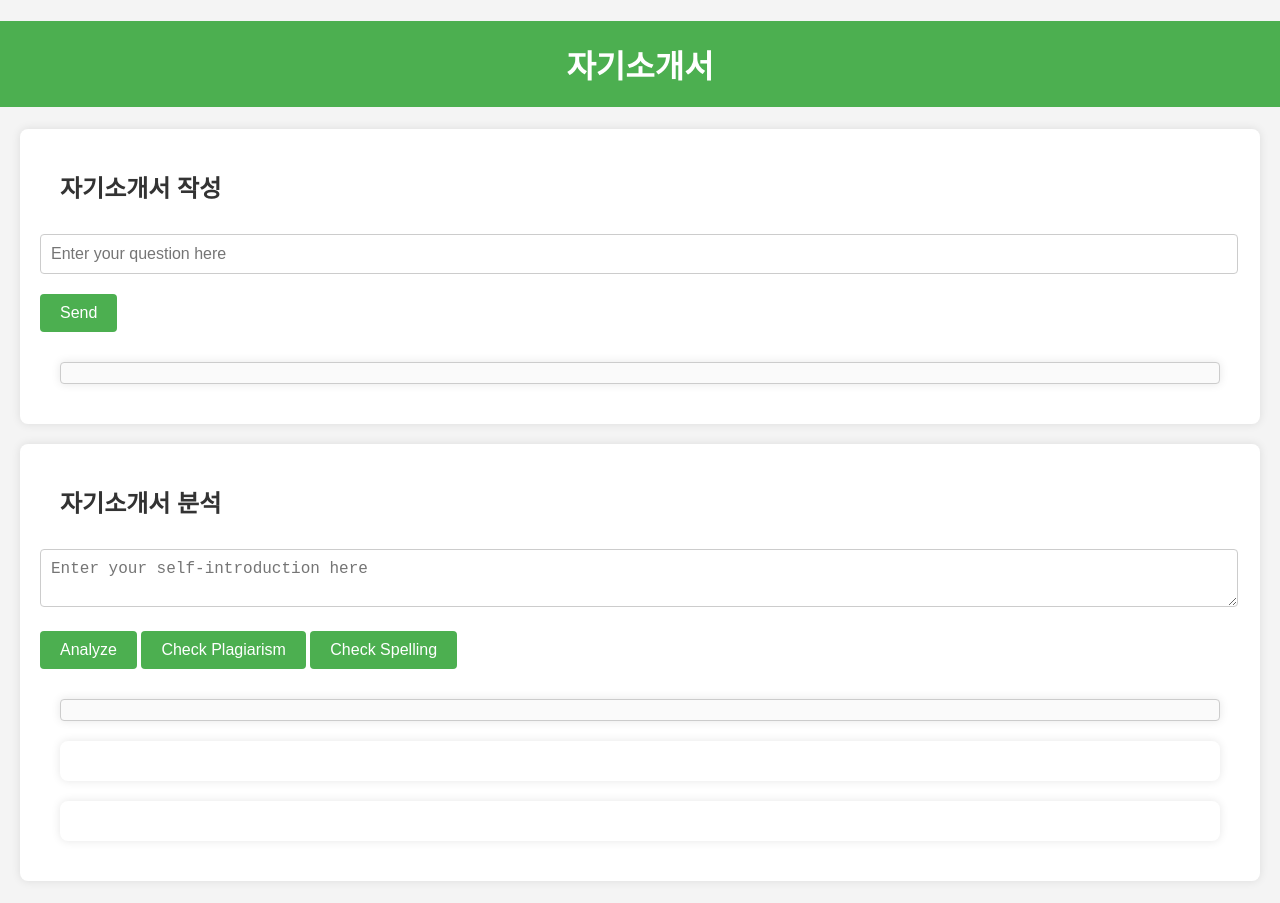
Repository: Choi9912/Flask_IntroduceGPT
Page: http://localhost/
The author's editor kept a copy of each file at every save. The page is drawn from the files as they stood at one save, then again after the next save.
The browser window is 1280 px wide. The pictures show the whole page.
The page is served by the project's application, run on Flask 3 (app.py).

Above is the page before, as saved 2024-07-27 10:34:24.

### templates/index.html
<!doctype html>
<html lang="en">
<head>
    <meta charset="UTF-8">
    <title>AI Q&A</title>
    <link rel="stylesheet" href="{{ url_for('static', filename='style.css') }}">
</head>
<body>
    <h1>자기소개서</h1>
    <div>
        <h2>자기소개서 작성</h2>
        <input type="text" id="question" placeholder="Enter your question here">
        <button id="sendBtn">Send</button>
        <div id="conversation"></div>
    </div>
    <div>
        <h2>자기소개서 분석</h2>
        <textarea id="introduction" placeholder="Enter your self-introduction here"></textarea>
        <button id="analyzeBtn">Analyze</button>
        <button id="plagiarismBtn">Check Plagiarism</button>
        <button id="spellCheckBtn">Check Spelling</button>
        <div id="analysis"></div>
        <div id="plagiarism"></div>
        <div id="spellCheck"></div>
    </div>
    <script src="{{ url_for('static', filename='script.js') }}"></script>
</body>
</html>

### app.py
from flask import Flask, request, jsonify, render_template
import requests
import logging

# Configure logging
logging.basicConfig(level=logging.DEBUG)

class SelfIntroductionAnalyzer:
    def __init__(self, api_url):
        self.api_url = api_url

    def analyze(self, introduction, method):
        if method == 'iterative_refinement':
            return self.iterative_refinement(introduction)
        elif method == 'step_by_step':
            return self.step_by_step(introduction)
        elif method == 'few_shot':
            return self.few_shot(introduction)
        elif method == 'constraint_setting':
            return self.constraint_setting(introduction)
        else:
            return 'Error: Invalid method'

    def iterative_refinement(self, introduction):
        messages = [
            {"role": "system", "content": "당신은 자기소개서를 분석하는 AI입니다."},
            {"role": "user", "content": f"다음 자기소개서를 분석해주세요: {introduction}"}
        ]
        try:
            response = requests.post(self.api_url, json=messages)
            response.raise_for_status()
            return response.json().get('choices')[0]['message']['content']
        except requests.RequestException as e:
            logging.error(f"Error in iterative_refinement: {e}")
            messages.append({"role": "user", "content": "Please clarify the previous answer."})
            try:
                response = requests.post(self.api_url, json=messages)
                response.raise_for_status()
                return response.json().get('choices')[0]['message']['content']
            except requests.RequestException as e:
                logging.error(f"Error in refinement retry: {e}")
                return 'Error: Unable to get a response from the API'

    def step_by_step(self, introduction):
        steps = [
            "Step 1: Analyze the introduction.",
            "Step 2: Identify key points and themes.",
            "Step 3: Evaluate the structure and coherence."
        ]
        messages = [
            {"role": "system", "content": "당신은 자기소개서를 분석하는 AI입니다."},
            {"role": "user", "content": f"다음 자기소개서를 분석해주세요: {introduction}"},
            {"role": "assistant", "content": " ".join(steps)}
        ]
        try:
            response = requests.post(self.api_url, json=messages)
            response.raise_for_status()
            return response.json().get('choices')[0]['message']['content']
        except requests.RequestException as e:
            logging.error(f"Error in step_by_step: {e}")
            return 'Error: Unable to get a response from the API'

    def few_shot(self, introduction):
        examples = [
            {"role": "user", "content": "자기소개서의 강점을 분석해주세요.", "role": "assistant", "content": "자기소개서의 강점은 명확한 목표 설정과 구체적인 경험 사례입니다."},
            {"role": "user", "content": "자기소개서에서 개선할 점을 알려주세요.", "role": "assistant", "content": "자기소개서의 개선할 점은 내용의 일관성과 논리적 흐름입니다."}
        ]
        messages = [
            {"role": "system", "content": "당신은 자기소개서를 분석하는 AI입니다."},
            *examples,
            {"role": "user", "content": f"다음 자기소개서를 분석해주세요: {introduction}"}
        ]
        try:
            response = requests.post(self.api_url, json=messages)
            response.raise_for_status()
            return response.json().get('choices')[0]['message']['content']
        except requests.RequestException as e:
            logging.error(f"Error in few_shot: {e}")
            return 'Error: Unable to get a response from the API'

    def constraint_setting(self, introduction):
        constraints = "최대한 자세하게 알려주세요."
        messages = [
            {"role": "system", "content": "당신은 자기소개서를 분석하는 AI입니다."},
            {"role": "user", "content": f"다음 자기소개서를 분석해주세요: {introduction}\n{constraints}"}
        ]
        try:
            response = requests.post(self.api_url, json=messages)
            response.raise_for_status()
            return response.json().get('choices')[0]['message']['content']
        except requests.RequestException as e:
            logging.error(f"Error in constraint_setting: {e}")
            return 'Error: Unable to get a response from the API'


class SelfIntroductionWriter:
    def __init__(self, api_url):
        self.api_url = api_url

    def write(self, prompt, method):
        if method == 'iterative_refinement':
            return self.iterative_refinement(prompt)
        elif method == 'step_by_step':
            return self.step_by_step(prompt)
        elif method == 'few_shot':
            return self.few_shot(prompt)
        elif method == 'constraint_setting':
            return self.constraint_setting(prompt)
        else:
            return 'Error: Invalid method'

    def iterative_refinement(self, prompt):
        messages = [
            {"role": "system", "content": "당신은 자기소개서를 작성하는 AI입니다."},
            {"role": "user", "content": f"다음 프롬프트로 자기소개서를 작성해주세요: {prompt}"}
        ]
        try:
            response = requests.post(self.api_url, json=messages)
            response.raise_for_status()
            return response.json().get('choices')[0]['message']['content']
        except requests.RequestException as e:
            logging.error(f"Error in iterative_refinement: {e}")
            messages.append({"role": "user", "content": "Please improve the previous version."})
            try:
                response = requests.post(self.api_url, json=messages)
                response.raise_for_status()
                return response.json().get('choices')[0]['message']['content']
            except requests.RequestException as e:
                logging.error(f"Error in refinement retry: {e}")
                return 'Error: Unable to get a response from the API'

    def step_by_step(self, prompt):
        steps = [
            "Step 1: Understand the prompt.",
            "Step 2: Identify key points to include.",
            "Step 3: Draft the introduction with a logical flow."
        ]
        messages = [
            {"role": "system", "content": "당신은 자기소개서를 작성하는 AI입니다."},
            {"role": "user", "content": f"다음 프롬프트로 자기소개서를 작성해주세요: {prompt}"},
            {"role": "assistant", "content": " ".join(steps)}
        ]
        try:
            response = requests.post(self.api_url, json=messages)
            response.raise_for_status()
            return response.json().get('choices')[0]['message']['content']
        except requests.RequestException as e:
            logging.error(f"Error in step_by_step: {e}")
            return 'Error: Unable to get a response from the API'

    def few_shot(self, prompt):
        examples = [
            {"role": "user", "content": "자기소개서를 작성해주세요.", "role": "assistant", "content": "저는 열정적이고 성실한 사람입니다. 저는 다양한 경험을 통해 성장했습니다."},
            {"role": "user", "content": "자기소개서의 핵심을 작성해주세요.", "role": "assistant", "content": "저는 협력과 도전정신을 중요시하며, 항상 새로운 것을 배우고자 합니다."}
        ]
        messages = [
            {"role": "system", "content": "당신은 자기소개서를 작성하는 AI입니다."},
            *examples,
            {"role": "user", "content": f"다음 프롬프트로 자기소개서를 작성해주세요: {prompt}"}
        ]
        try:
            response = requests.post(self.api_url, json=messages)
            response.raise_for_status()
            return response.json().get('choices')[0]['message']['content']
        except requests.RequestException as e:
            logging.error(f"Error in few_shot: {e}")
            return 'Error: Unable to get a response from the API'

    def constraint_setting(self, prompt):
        constraints = ""
        messages = [
            {"role": "system", "content": "당신은 자기소개서를 작성하는 AI입니다."},
            {"role": "user", "content": f"다음 프롬프트로 자기소개서를 작성해주세요: {prompt}\n{constraints}"}
        ]
        try:
            response = requests.post(self.api_url, json=messages)
            response.raise_for_status()
            return response.json().get('choices')[0]['message']['content']
        except requests.RequestException as e:
            logging.error(f"Error in constraint_setting: {e}")
            return 'Error: Unable to get a response from the API'


class PromptOptimizerApp:
    def __init__(self, analyzer, writer):
        self.app = Flask(__name__)
        self.analyzer = analyzer
        self.writer = writer
        self.setup_routes()

    def setup_routes(self):
        self.app.add_url_rule('/', 'index', self.index)
        self.app.add_url_rule('/generate', 'generate', self.generate, methods=['POST'])
        self.app.add_url_rule('/analyze', 'analyze', self.analyze_route, methods=['POST'])
        self.app.add_url_rule('/write', 'write', self.write_route, methods=['POST'])
        self.app.add_url_rule('/plagiarism_check', 'plagiarism_check', self.plagiarism_check_route, methods=['POST'])
        self.app.add_url_rule('/spell_check', 'spell_check', self.spell_check_route, methods=['POST'])

    def index(self):
        return render_template('index.html')

    def generate(self):
        data = request.get_json()
        question = data.get('question')
        logging.debug(f"Received question: {question}")

        answer = self.writer.iterative_refinement(question)
        return jsonify({'answer': answer})

    def analyze_route(self):
        data = request.get_json()
        introduction = data.get('introduction')
        method = data.get('method', 'iterative_refinement')  # Default to 'iterative_refinement'
        logging.debug(f"Received introduction: {introduction} with method: {method}")
        analysis = self.analyzer.analyze(introduction, method)
        return jsonify({'analysis': analysis})

    def write_route(self):
        data = request.get_json()
        prompt = data.get('prompt')
        method = data.get('method', 'iterative_refinement')  # Default to 'iterative_refinement'
        logging.debug(f"Received prompt: {prompt} with method: {method}")
        writing = self.writer.write(prompt, method)
        return jsonify({'writing': writing})

    def plagiarism_check_route(self):
        data = request.get_json()
        text = data.get('text')
        logging.debug(f"Received text for plagiarism check: {text}")
        response = requests.post('https://plagiarism-api.example.com/check', json={'text': text})
        result = response.json()
        return jsonify({'plagiarism_report': result})

    def spell_check_route(self):
        data = request.get_json()
        text = data.get('text')
        logging.debug(f"Received text for spell check: {text}")
        response = requests.post('https://spellcheck-api.example.com/check', json={'text': text})
        result = response.json()
        return jsonify({'spell_check_report': result})

    def run(self):
        self.app.run(debug=True)


if __name__ == '__main__':
    API_URL = 'https://open-api.jejucodingcamp.workers.dev/'
    analyzer = SelfIntroductionAnalyzer(API_URL)
    writer = SelfIntroductionWriter(API_URL)
    app_instance = PromptOptimizerApp(analyzer, writer)
    app_instance.run()

### static/style.css
body {
    font-family: Arial, sans-serif;
    background-color: #f4f4f4;
    margin: 0;
    padding: 0;
}

h1 {
    background-color: #4CAF50;
    color: white;
    padding: 20px;
    text-align: center;
}

h2 {
    color: #333;
    margin-left: 20px;
}

div {
    margin: 20px;
    padding: 20px;
    background-color: white;
    border-radius: 8px;
    box-shadow: 0 0 10px rgba(0, 0, 0, 0.1);
}

input[type="text"], textarea {
    width: calc(100% - 24px);
    padding: 10px;
    margin: 10px 0;
    border: 1px solid #ccc;
    border-radius: 4px;
    font-size: 16px;
}

button {
    background-color: #4CAF50;
    color: white;
    padding: 10px 20px;
    margin: 10px 0;
    border: none;
    border-radius: 4px;
    cursor: pointer;
    font-size: 16px;
}

button:hover {
    background-color: #45a049;
}

#conversation, #analysis {
    margin-top: 20px;
    padding: 10px;
    border: 1px solid #ccc;
    border-radius: 4px;
    background-color: #fafafa;
    max-height: 300px;
    overflow-y: auto;
}

#conversation div, #analysis div {
    padding: 10px;
    border-bottom: 1px solid #ccc;
}

#conversation div:last-child, #analysis div:last-child {
    border-bottom: none;
}

### static/script.js
document.addEventListener('DOMContentLoaded', function() {
    const questionInput = document.getElementById('question');
    const sendBtn = document.getElementById('sendBtn');
    const conversation = document.getElementById('conversation');
    const introductionInput = document.getElementById('introduction');
    const analyzeBtn = document.getElementById('analyzeBtn');
    const analysisDiv = document.getElementById('analysis');
    const plagiarismBtn = document.getElementById('plagiarismBtn');
    const spellCheckBtn = document.getElementById('spellCheckBtn');
    const plagiarismDiv = document.getElementById('plagiarism');
    const spellCheckDiv = document.getElementById('spellCheck');

    function sendQuestion() {
        const question = questionInput.value;
        if (question.trim() === '') return;

        const userQuestionDiv = document.createElement('div');
        userQuestionDiv.textContent = `You: ${question}`;
        conversation.appendChild(userQuestionDiv);

        fetch('/generate', {
            method: 'POST',
            headers: {
                'Content-Type': 'application/json'
            },
            body: JSON.stringify({ question: question })
        })
        .then(response => response.json())
        .then(data => {
            const aiAnswerDiv = document.createElement('div');
            aiAnswerDiv.textContent = `AI: ${data.answer}`;
            conversation.appendChild(aiAnswerDiv);
            conversation.scrollTop = conversation.scrollHeight;
        })
        .catch(error => {
            console.error('Error:', error);
            const errorDiv = document.createElement('div');
            errorDiv.textContent = 'Error: Unable to get a response from the server.';
            conversation.appendChild(errorDiv);
        });

        questionInput.value = '';
    }

    function analyzeIntroduction() {
        const introduction = introductionInput.value;
        if (introduction.trim() === '') return;

        fetch('/analyze', {
            method: 'POST',
            headers: {
                'Content-Type': 'application/json'
            },
            body: JSON.stringify({ introduction: introduction })
        })
        .then(response => response.json())
        .then(data => {
            const analysisResultDiv = document.createElement('div');
            analysisResultDiv.textContent = `Analysis: ${data.analysis}`;
            analysisDiv.appendChild(analysisResultDiv);
            analysisDiv.scrollTop = analysisDiv.scrollHeight;
        })
        .catch(error => {
            console.error('Error:', error);
            const errorDiv = document.createElement('div');
            errorDiv.textContent = 'Error: Unable to get a response from the server.';
            analysisDiv.appendChild(errorDiv);
        });

        introductionInput.value = '';
    }

    function checkPlagiarism() {
        const text = introductionInput.value;
        if (text.trim() === '') return;

        fetch('/plagiarism_check', {
            method: 'POST',
            headers: {
                'Content-Type': 'application/json'
            },
            body: JSON.stringify({ text: text })
        })
        .then(response => response.json())
        .then(data => {
            const plagiarismResultDiv = document.createElement('div');
            plagiarismResultDiv.textContent = `Plagiarism Report: ${JSON.stringify(data.plagiarism_report)}`;
            plagiarismDiv.appendChild(plagiarismResultDiv);
            plagiarismDiv.scrollTop = plagiarismDiv.scrollHeight;
        })
        .catch(error => {
            console.error('Error:', error);
            const errorDiv = document.createElement('div');
            errorDiv.textContent = 'Error: Unable to get a response from the server.';
            plagiarismDiv.appendChild(errorDiv);
        });
    }

    function checkSpelling() {
        const text = introductionInput.value;
        if (text.trim() === '') return;

        fetch('/spell_check', {
            method: 'POST',
            headers: {
                'Content-Type': 'application/json'
            },
            body: JSON.stringify({ text: text })
        })
        .then(response => response.json())
        .then(data => {
            const spellCheckResultDiv = document.createElement('div');
            spellCheckResultDiv.textContent = `Spell Check Report: ${JSON.stringify(data.spell_check_report)}`;
            spellCheckDiv.appendChild(spellCheckResultDiv);
            spellCheckDiv.scrollTop = spellCheckDiv.scrollHeight;
        })
        .catch(error => {
            console.error('Error:', error);
            const errorDiv = document.createElement('div');
            errorDiv.textContent = 'Error: Unable to get a response from the server.';
            spellCheckDiv.appendChild(errorDiv);
        });
    }

    sendBtn.addEventListener('click', sendQuestion);
    questionInput.addEventListener('keydown', function(event) {
        if (event.key === 'Enter') {
            sendQuestion();
        }
    });

    analyzeBtn.addEventListener('click', analyzeIntroduction);
    plagiarismBtn.addEventListener('click', checkPlagiarism);
    spellCheckBtn.addEventListener('click', checkSpelling);
});

After the next save:
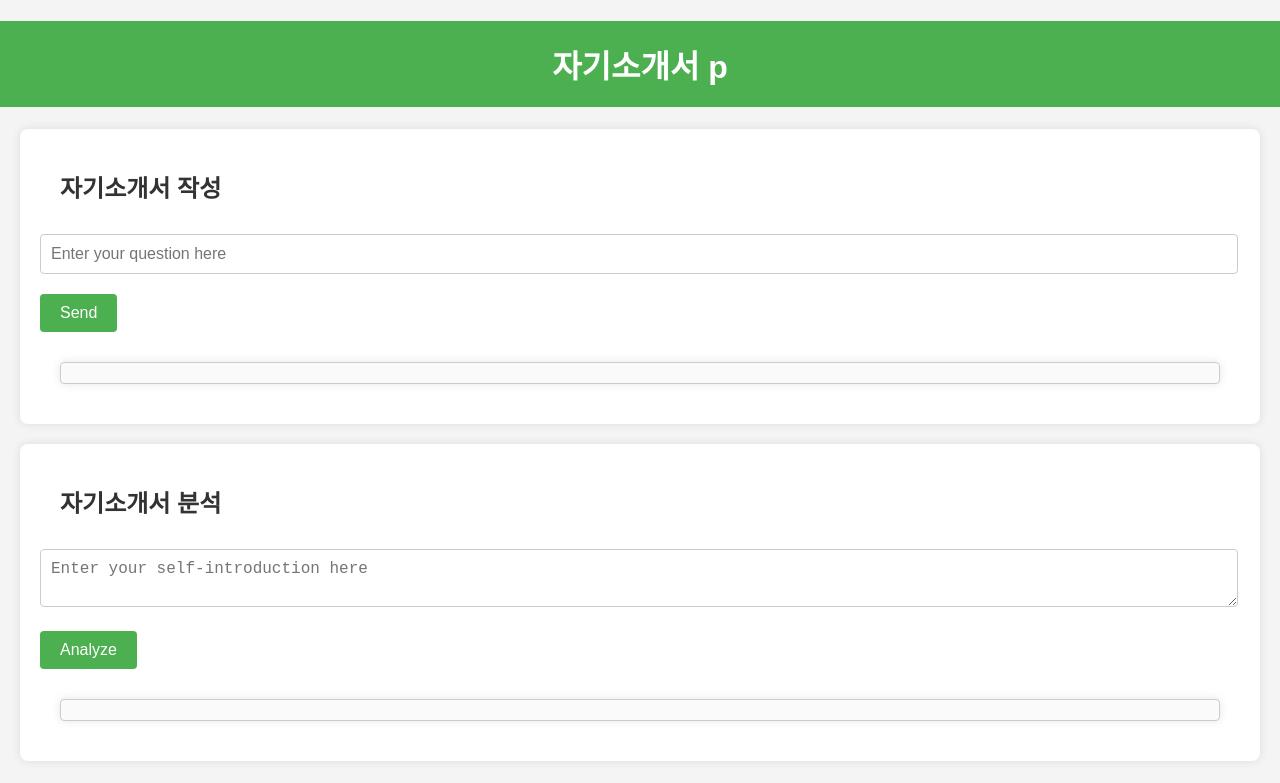
Console error: TypeError: Cannot read properties of null (reading 'addEventListener')
Saved 81 s later.
--- a/templates/index.html
+++ b/templates/index.html
@@ -6,7 +6,7 @@
     <link rel="stylesheet" href="{{ url_for('static', filename='style.css') }}">
 </head>
 <body>
-    <h1>자기소개서</h1>
+    <h1>자기소개서 p</h1>
     <div>
         <h2>자기소개서 작성</h2>
         <input type="text" id="question" placeholder="Enter your question here">
@@ -17,11 +17,7 @@
         <h2>자기소개서 분석</h2>
         <textarea id="introduction" placeholder="Enter your self-introduction here"></textarea>
         <button id="analyzeBtn">Analyze</button>
-        <button id="plagiarismBtn">Check Plagiarism</button>
-        <button id="spellCheckBtn">Check Spelling</button>
         <div id="analysis"></div>
-        <div id="plagiarism"></div>
-        <div id="spellCheck"></div>
     </div>
     <script src="{{ url_for('static', filename='script.js') }}"></script>
 </body>
--- a/app.py
+++ b/app.py
@@ -193,8 +193,6 @@ class PromptOptimizerApp:
         self.app.add_url_rule('/generate', 'generate', self.generate, methods=['POST'])
         self.app.add_url_rule('/analyze', 'analyze', self.analyze_route, methods=['POST'])
         self.app.add_url_rule('/write', 'write', self.write_route, methods=['POST'])
-        self.app.add_url_rule('/plagiarism_check', 'plagiarism_check', self.plagiarism_check_route, methods=['POST'])
-        self.app.add_url_rule('/spell_check', 'spell_check', self.spell_check_route, methods=['POST'])
 
     def index(self):
         return render_template('index.html')
@@ -223,22 +221,6 @@ class PromptOptimizerApp:
         writing = self.writer.write(prompt, method)
         return jsonify({'writing': writing})
 
-    def plagiarism_check_route(self):
-        data = request.get_json()
-        text = data.get('text')
-        logging.debug(f"Received text for plagiarism check: {text}")
-        response = requests.post('https://plagiarism-api.example.com/check', json={'text': text})
-        result = response.json()
-        return jsonify({'plagiarism_report': result})
-
-    def spell_check_route(self):
-        data = request.get_json()
-        text = data.get('text')
-        logging.debug(f"Received text for spell check: {text}")
-        response = requests.post('https://spellcheck-api.example.com/check', json={'text': text})
-        result = response.json()
-        return jsonify({'spell_check_report': result})
-
     def run(self):
         self.app.run(debug=True)
 
